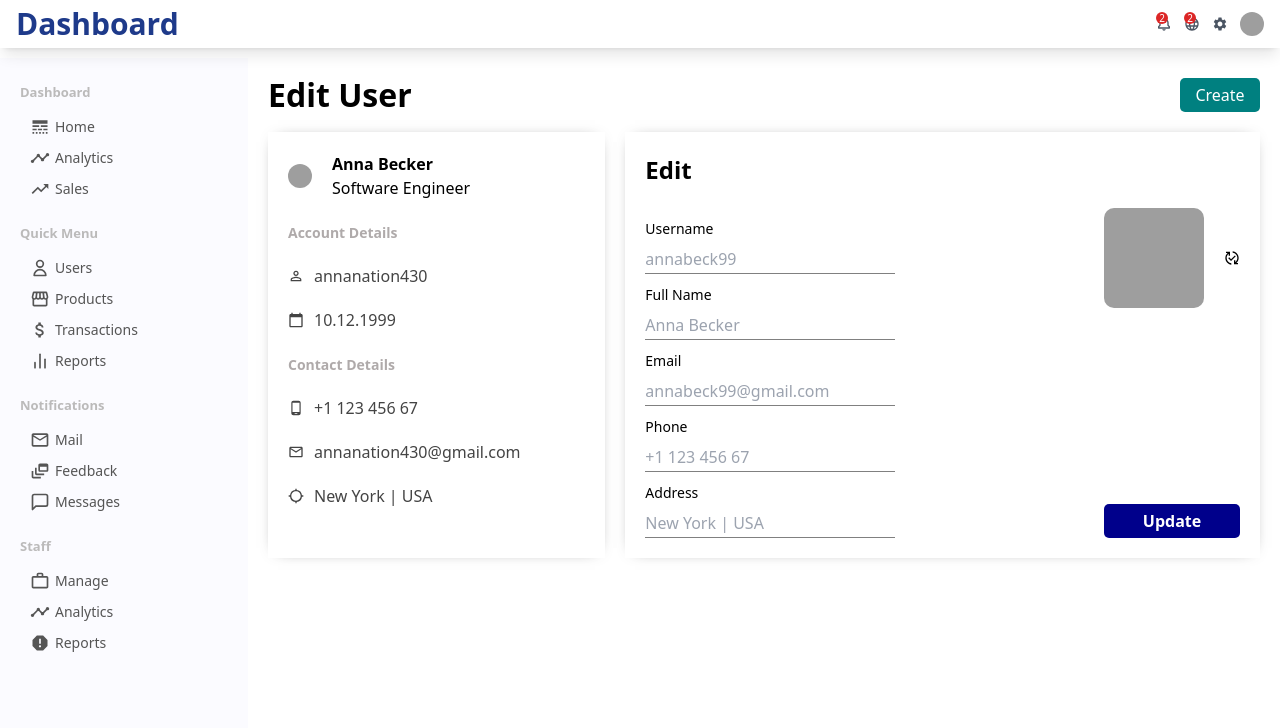
Repository: nation430/React-AdminDashboard
Page: /user/3
An editor plug-in stored every save of this project. The page is shown before and after the next save, followed by the edit.
The browser window is 1280 px wide. The pictures show the whole page.
Pictures or frames that could not be fetched are drawn as grey boxes. The project was rebuilt for these pictures with package versions that can differ from the ones it lists, and the page was loaded fresh each time. Also part of the build but not shown: src/pages/home/home.css, src/components/featuredInfo/featuredInfo.css, src/components/featuredInfo/FeaturedInfo.jsx, src/components/chart/chart.css, src/components/chart/Chart.jsx, src/dummyData.js, src/components/widgetSm/widgetSm.css, src/components/widgetSm/WidgetSm.jsx and 5 more.

Above is the page before, as saved 2022-08-31 11:35:24.

After the next save:
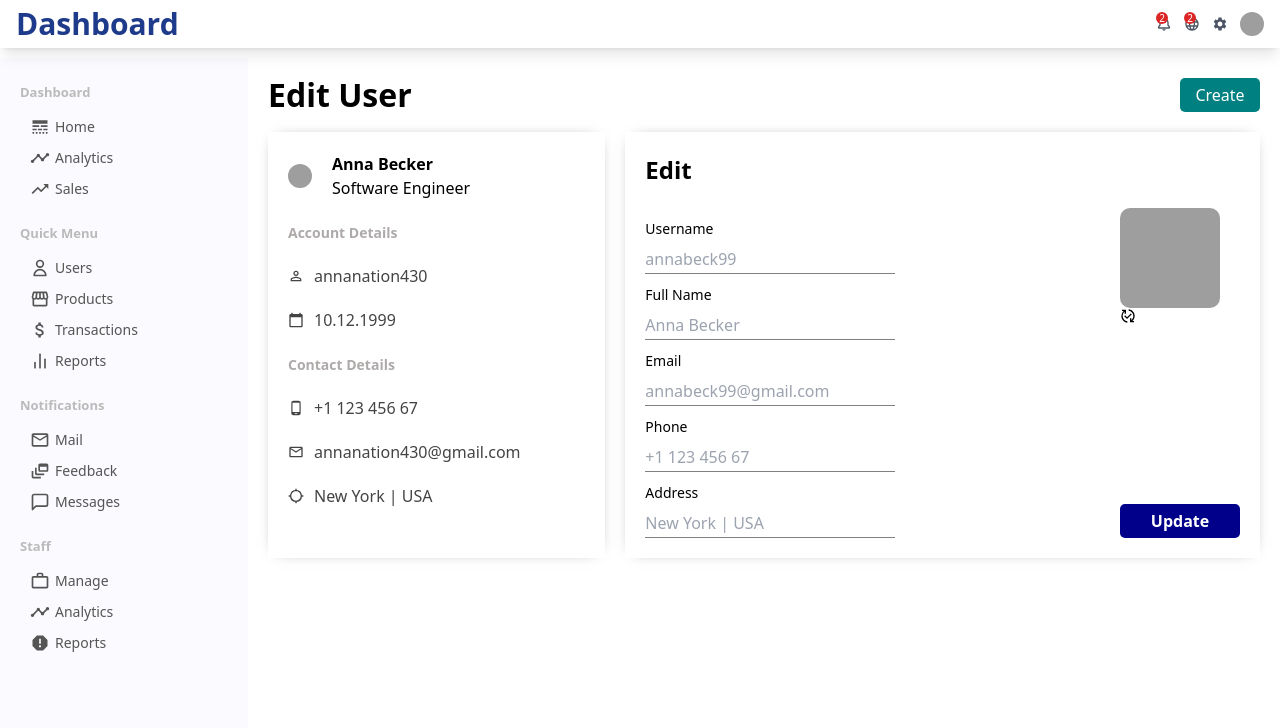
Saved 85 s later.
--- a/src/pages/home/user/user.css
+++ b/src/pages/home/user/user.css
@@ -99,11 +99,6 @@
   justify-content: space-between;
 }
 
-.userUpdateUpload{
-  display: flex;
-  align-items: center;
-}
-
 .userUpdateImg{
   width: 100px;
   height: 100px;

After the save that followed:
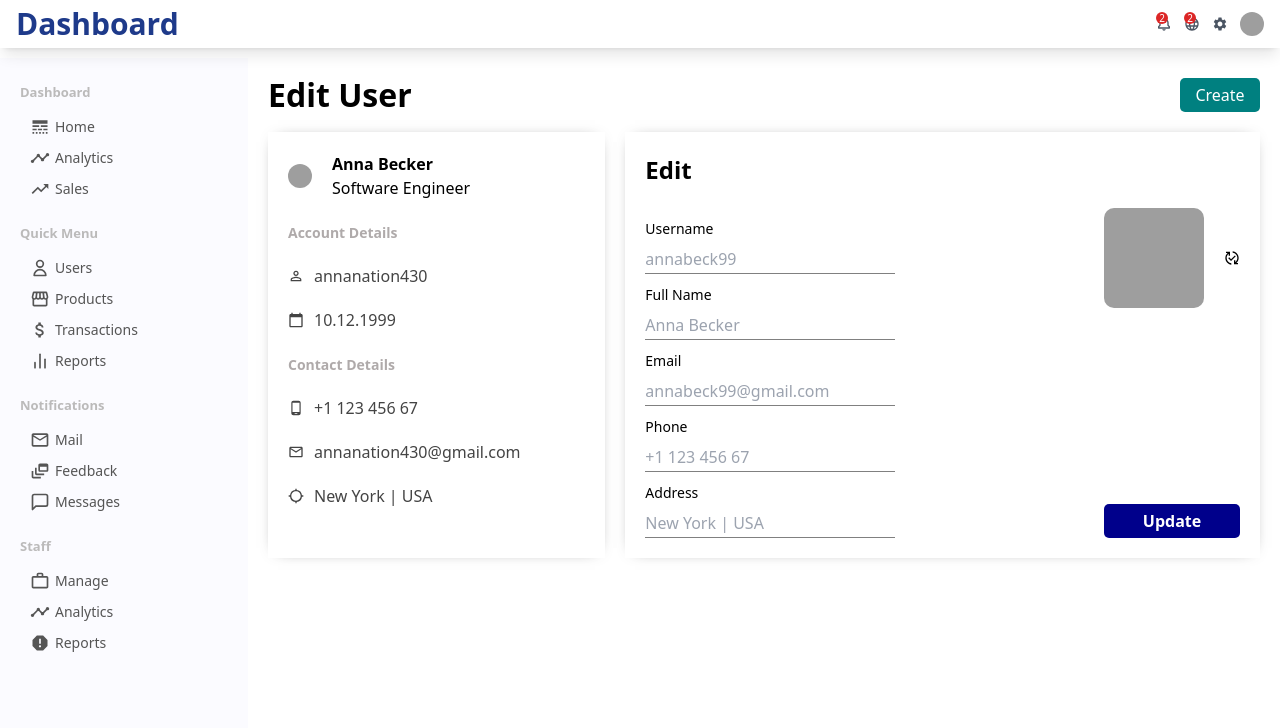
Saved 25 s later.
--- a/src/pages/home/user/user.css
+++ b/src/pages/home/user/user.css
@@ -99,6 +99,11 @@
   justify-content: space-between;
 }
 
+.userUpdateUpload{
+  display: flex;
+  align-items: center;
+}
+
 .userUpdateImg{
   width: 100px;
   height: 100px;
